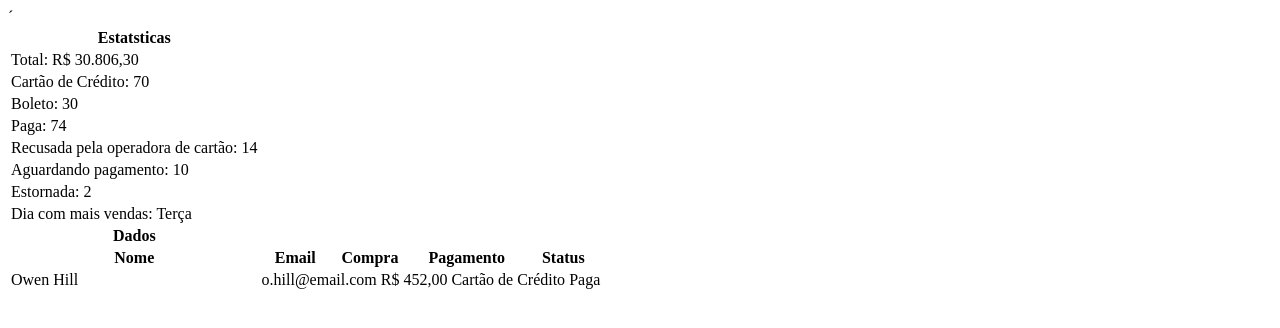
Repository: lucasleitedosreis/exercicios-praticando-typescript
Page: index.html
An editor plug-in stored every save of this project. The page is shown before and after the next save, followed by the edit.
The browser window is 1280 px wide. The pictures show the whole page.
The page's requests for data from a server got no answer.

Above is the page before, as saved 2023-04-13 13:48:54.

### index.html
<!DOCTYPE html>
<html lang="pt-BR">

<head>
    <meta charset="UTF-8">
    <meta http-equiv="X-UA-Compatible" content="IE=edge">
    <meta name="viewport" content="width=device-width, initial-scale=1.0">
    <title>Exercícios TypeScript</title>
    <link rel="stylesheet" href="./src/styles.css">
</head>

<body>
    <table>
        <thead>
            <tr>
                <th id="estatisticas">Estatsticas</th>´
            </tr>
        </thead>
        <tbody>
            <tr>
                <td>Total: R$ 30.806,30</td>
            </tr>
            <tr>
                <td>Cartão de Crédito: 70</td>
            </tr>
            <tr>
                <td>Boleto: 30</td>
            </tr>
            <tr>
                <td>Paga: 74</td>
            </tr>
            <tr>
                <td>Recusada pela operadora de cartão: 14</td>
            </tr>
            <tr>
                <td>Aguardando pagamento: 10</td>
            </tr>
            <tr>
                <td>Estornada: 2</td>
            </tr>
            <tr>
                <td>Dia com mais vendas: Terça</td>
            </tr>
        </tbody>
        <thead>
            <tr>
                <th id="dados">Dados</th>
            </tr>
        </thead>
        <tbody>
            <tr>
                <th id="nome" colspan="1">Nome</th>
                <th id="email" colspan="4">Email</th>
                <th id="compra" colspan="4">Compra</th>
                <th id="pagamento" colspan="4">Pagamento</th>
                <th id="status" colspan="4">Status</th>
            </tr>
            <tr>
                <td colspan="1">Owen Hill</td>
                <td colspan="5">o.hill@email.com</td>
                <td colspan="5">R$ 452,00</td>
                <td colspan="5">Cartão de Crédito</td>
                <td colspan="4">Paga</td>
            </tr>
        </tbody>

    </table>
    <script type="module" src="./dist/script.js"></script>
</body>

</html>

### dist/script.js
import fetchData from "./fetchData.js";
import normalizarTransacao from "./normalizartransacao.js";
async function handleData() {
    const data = await fetchData("https://api.origamid.dev/json/transacoes.json?");
    if (!data)
        return;
    const transacoes = data.map(normalizarTransacao);
    console.log(transacoes);
}
handleData();
//# sourceMappingURL=script.js.map

### dist/fetchData.js
export default async function fetchData(url) {
    try {
        const response = await fetch(url);
        if (!response.ok)
            throw new Error("Erro: " + response.status);
        const json = await response.json();
        return json;
    }
    catch (error) {
        if (error instanceof Error)
            console.log("Ocorreu um Erro ao executar o fetch: " + error.message);
        return null;
    }
}
//# sourceMappingURL=fetchData.js.map

### dist/normalizartransacao.js
import moedaParanumero from "./moedaParaNumero.js";
export default function normalizarTransacao(transacao) {
    return {
        nome: transacao.Nome,
        id: transacao.ID,
        data: transacao.Data,
        status: transacao.Status,
        email: transacao.Email,
        moeda: transacao["Valor (R$)"],
        valor: moedaParanumero(transacao["Valor (R$)"]),
        pagamento: transacao["Forma de Pagamento"],
        novo: Boolean(transacao["Cliente Novo"]),
    };
}
//# sourceMappingURL=normalizartransacao.js.map

### dist/moedaParaNumero.js
export default function moedaParanumero(moeda) {
    const numero = Number(moeda.replaceAll(".", "").replaceAll(",", "."));
    if (isNaN(numero)) {
        return null;
    }
    else {
        return numero;
    }
}
//# sourceMappingURL=moedaParaNumero.js.map

Loaded but not shown: src/styles.css (no stored copy; drawn as an empty file)

After the next save:
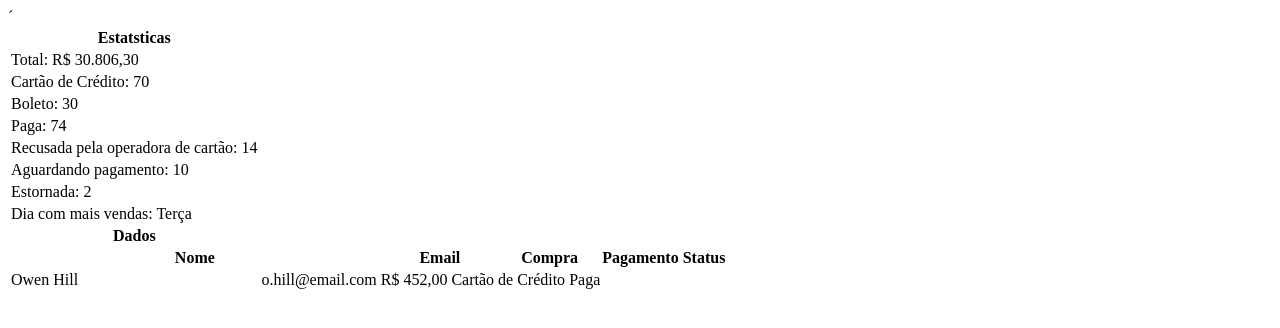
Saved 5 s later.
--- a/index.html
+++ b/index.html
@@ -49,7 +49,7 @@
         </thead>
         <tbody>
             <tr>
-                <th id="nome" colspan="1">Nome</th>
+                <th id="nome" colspan="10">Nome</th>
                 <th id="email" colspan="4">Email</th>
                 <th id="compra" colspan="4">Compra</th>
                 <th id="pagamento" colspan="4">Pagamento</th>
